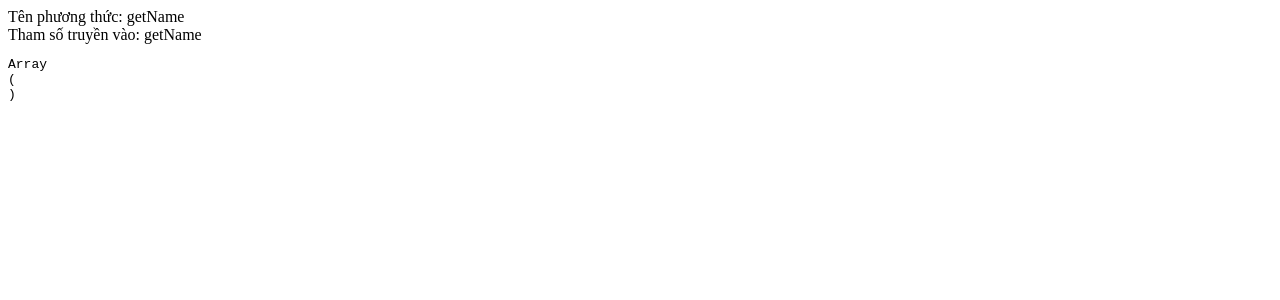
Repository: vantung2102/OOP_PHP
Page: http://localhost/OOP_12.php
The author's editor kept a copy of each file at every save. The page is drawn from the files as they stood at one save, then again after the next save.
The browser window is 1280 px wide. The pictures show the whole page.
The page is run by PHP 8.4 with error messages shown; the project is at /var/www/html/.

Above is the page before, as saved 2021-11-26 16:57:19.

After the next save:
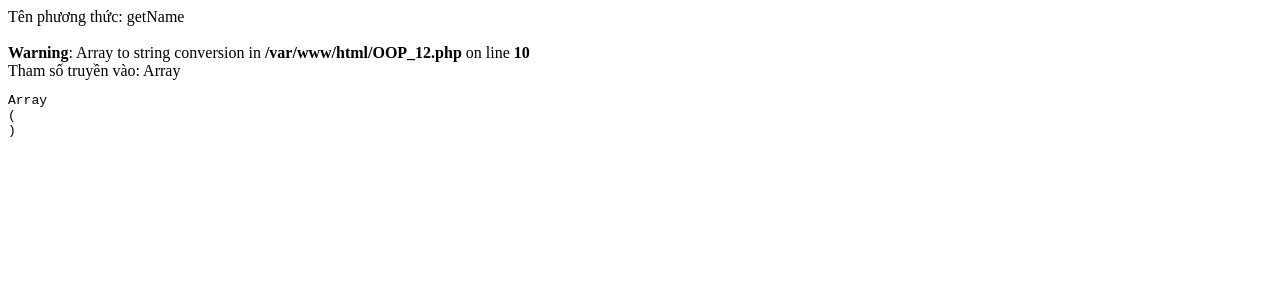
Saved 85 s later.
--- a/OOP_12.php
+++ b/OOP_12.php
@@ -7,7 +7,7 @@ class Student
     public function __call($method, $params)
     {
         echo 'Tên phương thức: ' . $method . '<br/>';
-        echo 'Tham số truyền vào: ' . $method . '<br/>';
+        echo 'Tham số truyền vào: ' . $params . '<br/>';
         echo '<pre>';
         print_r($params);
     }
